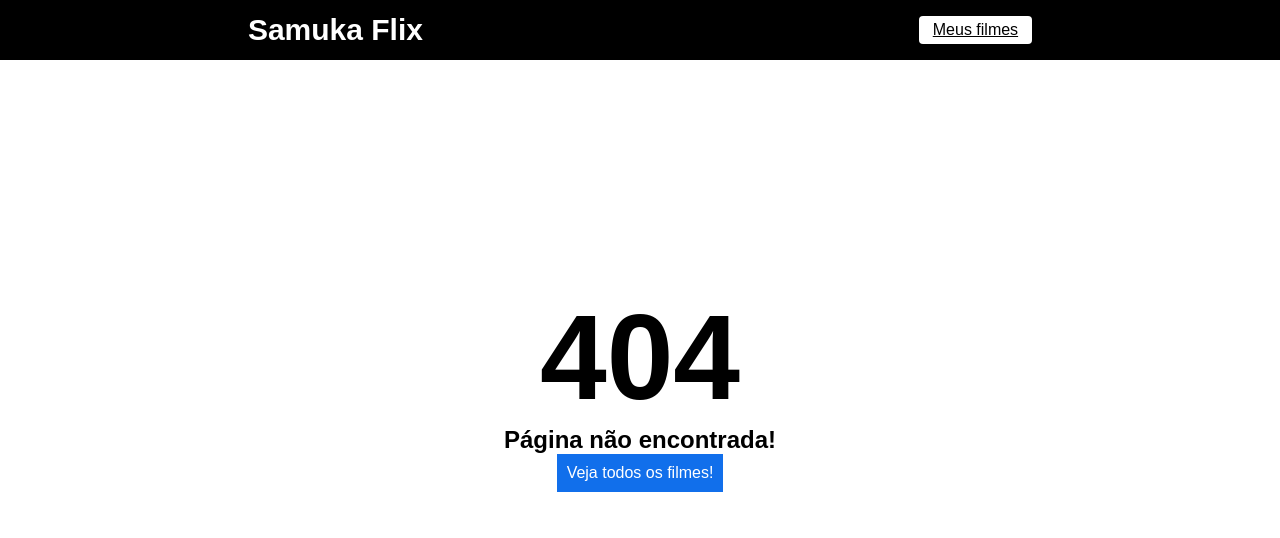
Repository: devsamuel23/primeflix_git
Page: /favoritos
An editor plug-in stored every save of this project. The page is shown before and after the next save, followed by the edit.
The browser window is 1280 px wide. The pictures show the whole page.
The project was rebuilt for these pictures with package versions that can differ from the ones it lists, and the page was loaded fresh each time. Also part of the build but not shown: src/pages/Home/home.css, src/pages/Home/index.js, src/pages/Filme/index.js.

Above is the page before, as saved 2023-05-19 23:45:41.

### src/index.css
*{
  padding: 0;
  margin: 0;
  box-sizing: border-box;
}
body{
  font-family: sans-serif;
}

.app{
  display: flex;
  width: 100%;
  justify-content: center;
  align-items: center;
  flex-direction: column;
}

### src/App.js
import RoutesApp from "./routes";

function App() {
  return (
  <div className="App">
    <RoutesApp/>
    </div>
    );
}

export default App;

### src/routes.js
import { BrowserRouter, Routes, Route } from "react-router-dom";


import Home from './pages/Home'

import Filme from "./pages/Filme";
import Header from "./components/Header";
import Erro from './pages/Erro'
function RoutesApp(){
    return (
      <BrowserRouter>
      <Header/>
        <Routes>
          <Route path="/" element={<Home />} />
          <Route path="/filme/:id" element={<Filme />} />

          <Route path="*" element={ <Erro/>} />
        </Routes>
      </BrowserRouter>
    );
}

export default RoutesApp;

### src/components/Header/index.js
import { Link } from "react-router-dom";
import "./header.css"
function Header(){
    return(
        <header>
            <Link className="logo" to="/">Samuka Flix</Link>
            <Link className="favoritos" to="/favoritos">Meus filmes</Link>
        </header>
    )
}

export default Header;

### src/pages/Erro/index.js
import { Link } from 'react-router-dom'
import '../Erro/Erro.css'

function Erro(){
    return(
        <div className="not-found">
            <h1>404</h1>
            <h2>Página não encontrada!</h2>
            <Link to="/"> Veja todos os filmes!</Link>
        </div>
    )
}

export default Erro;

### src/components/Header/header.css
header{
    display: flex;
    align-items: center;
    justify-content: space-around;
    width: 100%;
    height: 60px;
    background-color: #000000;
}

.logo{
    text-decoration: none;
    font-size: 30px;
    cursor: pointer;
    color: #fff;
    font-weight: bold;
}
.favoritos{
    cursor: pointer;
    background-color: #fff;
    padding: 5px 14px;
    color: #000000;
    border-radius: 4px;
}

### src/pages/Erro/Erro.css
.not-found{
    width: 100%;
    height: calc(100vh - 60px);
    display: flex;
    justify-content: center;
    align-items: center;
    flex-direction: column;
}

.not-found h1{
    font-size: 120px;
}

.not-found a{
    text-decoration: none;
    background-color: #116feb;
    color: #fff;
    padding: 10px;
    margin-top: ;
}

Loaded but not shown: public/index.html (common file); src/index.js (common file)

After the next save:
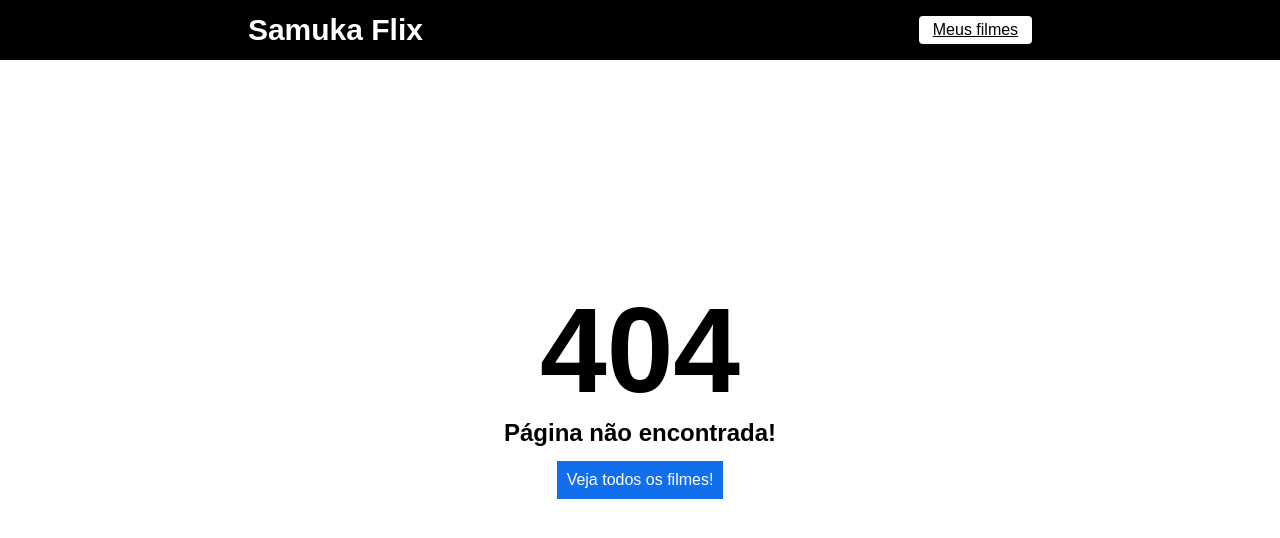
Saved 4 s later.
--- a/src/pages/Erro/Erro.css
+++ b/src/pages/Erro/Erro.css
@@ -16,5 +16,5 @@
     background-color: #116feb;
     color: #fff;
     padding: 10px;
-    margin-top: ;
+    margin-top: 14px;
 }
